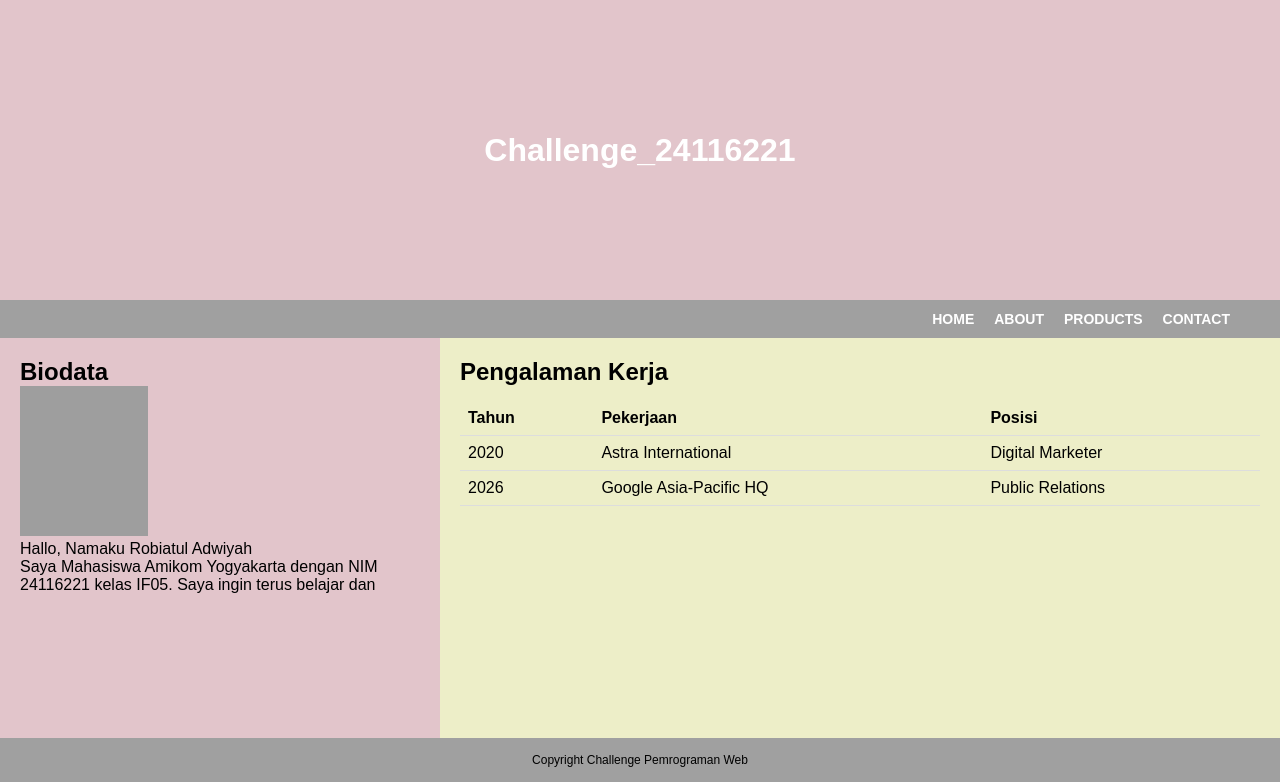
Repository: Adwiyah324/praktikum3
Page: praktikum_3.html
These files come from the project's save history. The page is drawn as it stood at one moment and after the next save; the edit follows.
The browser window is 1280 px wide. The pictures show the whole page.
Pictures or frames that could not be fetched are drawn as grey boxes.

Above is the page before, as saved 2026-05-02 19:29:29.

After the next save:
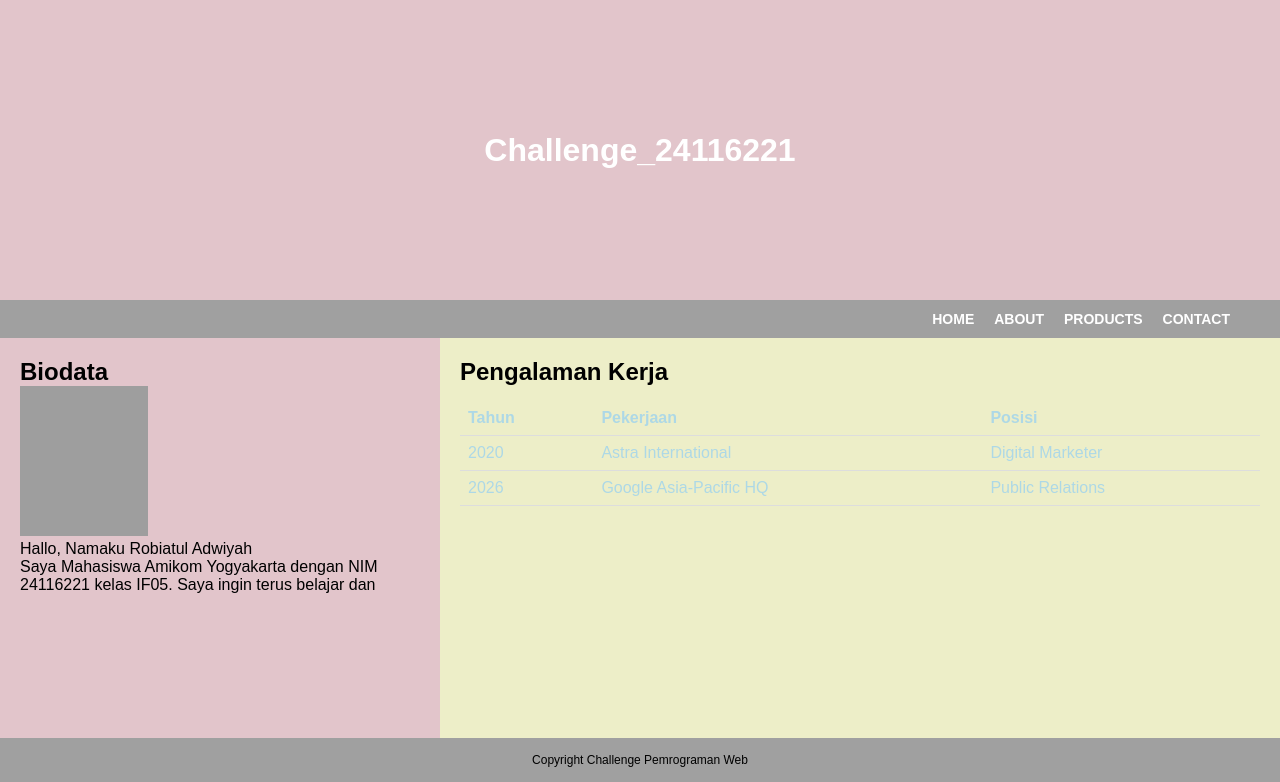
Saved 37 min 6 s later.
--- a/style.css
+++ b/style.css
@@ -9,9 +9,8 @@ body {
     background-color: #f0f0f0;
 }
 
-/* Header & Banner */
 .banner {
-    background-color: #e2c5cb; /* Warna sesuai gambar */
+    background-color: #e2c5cb;
     height: 300px;
     display: flex;
     justify-content: center;
@@ -19,7 +18,6 @@ body {
     color: white;
 }
 
-/* Hint A: Navigation menggunakan Flexbox */
 nav {
     background-color: #a0a0a0;
     padding: 10px 50px;
@@ -27,7 +25,7 @@ nav {
 
 nav ul {
     display: flex;
-    justify-content: flex-end; /* Navigasi di kanan */
+    justify-content: flex-end;
     list-style: none;
 }
 
@@ -42,25 +40,23 @@ nav ul li a {
     font-weight: bold;
 }
 
-/* Hint B: Layout dua kolom menggunakan Flexbox */
 .container {
     display: flex;
     min-height: 400px;
 }
 
 .biodata {
-    flex: 1; /* Mengambil 1 bagian */
+    flex: 1;
     background-color: #e2c5cb;
     padding: 20px;
 }
 
 .pengalaman {
-    flex: 2; /* Mengambil 2 bagian (lebih lebar) */
+    flex: 2;
     background-color: #edeec8;
     padding: 20px;
 }
 
-/* Pengaturan Konten */
 .profile-pic {
     width: 200px;
     height: auto;
@@ -72,6 +68,7 @@ table {
     width: 100%;
     border-collapse: collapse;
     margin-top: 15px;
+    color: lightblue;
 }
 
 th, td {
@@ -80,7 +77,6 @@ th, td {
     border-bottom: 1px solid #ddd;
 }
 
-/* Footer */
 footer {
     background-color: #a0a0a0;
     text-align: center;
